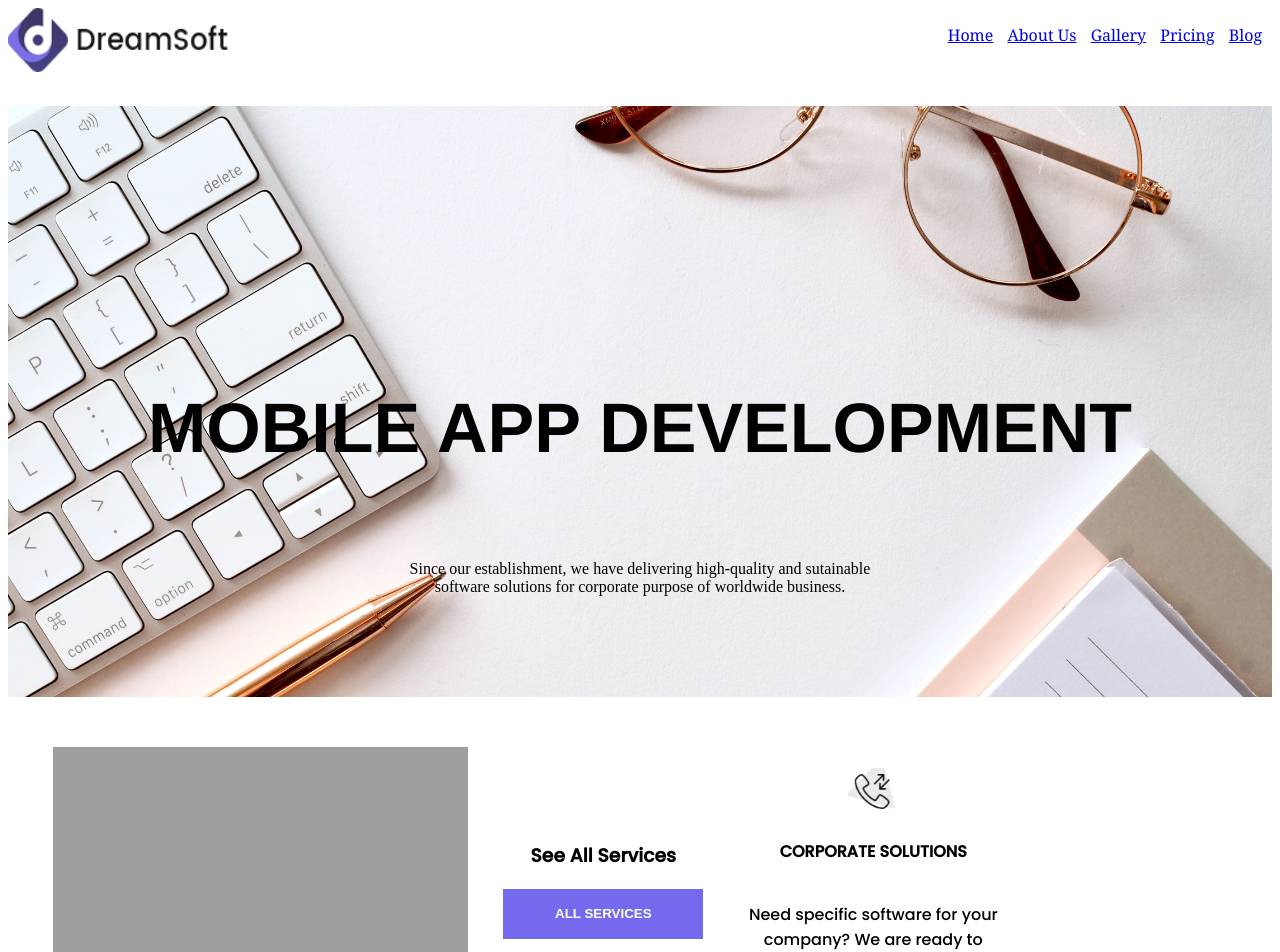
Repository: kkyler24/ladders-bootcamp-awesome
Page: index.html
These files come from the project's save history. The page is drawn as it stood at one moment and after the next save; the edit follows.
The browser window is 1280 px wide. The pictures show the part of the page from y = 0 to 952 px (the page is 6041 px tall).
Pictures or frames that could not be fetched are drawn as grey boxes.

Above is the page before, as saved 2021-03-19 16:21:30.

After the next save:
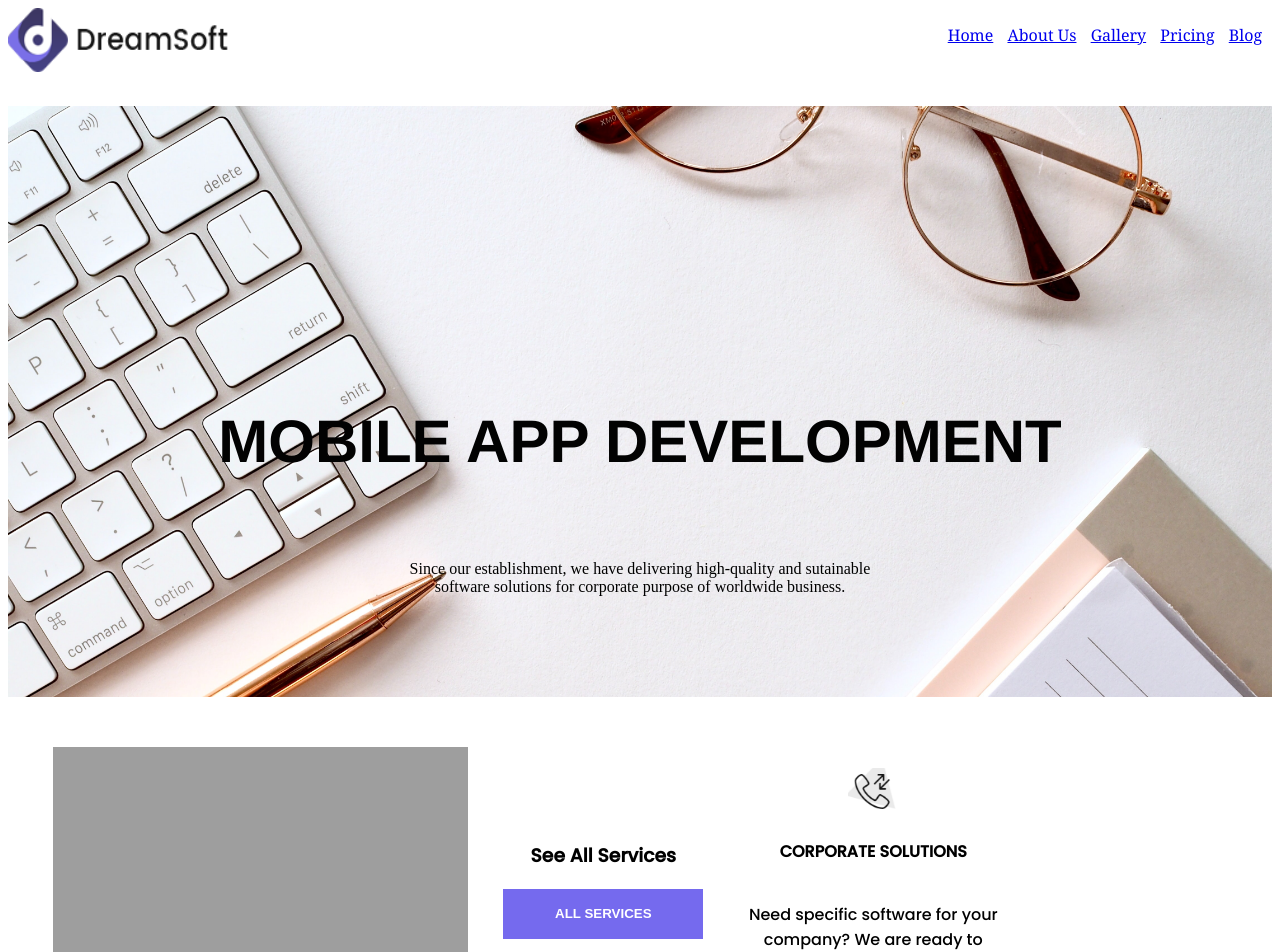
Saved 37 s later.
--- a/kstyle.css
+++ b/kstyle.css
@@ -57,7 +57,7 @@ ul.li.a {
   font-family: "Raleway", Helvetica, Arial, sans-serif;
   font-weight: 600;
   text-transform: uppercase;
-  font-size: 70px;
+  font-size: 60px;
 }
 
 .jumboheadline {
